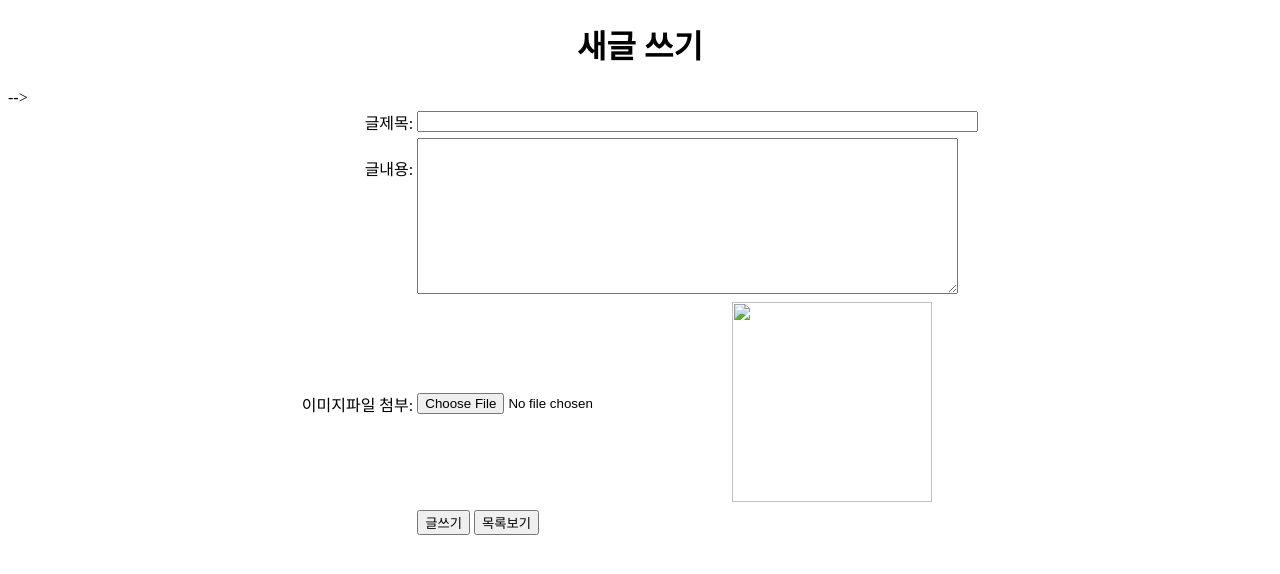
Repository: kimfunn/AI-Platform-
Page: workplace(0518)/13_Shop/WebContent/html/boardWrite.html
These files come from the project's save history. The page is drawn as it stood at one moment and after the next save; the edit follows.
The browser window is 1280 px wide. The pictures show the whole page.

Above is the page before, as saved 2021-06-24 05:49:35.

### workplace(0518)/13_Shop/WebContent/html/boardWrite.html
<!DOCTYPE html>
<html>
<head>
<meta charset="UTF-8">
 <title>새글 쓰기 창</title>
 	<script  src="http://code.jquery.com/jquery-latest.min.js"></script>
	<script type="text/javascript">
	   function readURL(input) {
	      if (input.files && input.files[0]) {
		      var reader = new FileReader();
		      reader.onload = function (e) {
		        $('#preview').attr('src', e.target.result);
	          }
	         reader.readAsDataURL(input.files[0]);
	      }
	  }


	</script>
</head>
<body>
<h1 style="text-align:center">새글 쓰기</h1>
  <form name="articleForm" method="post"   action="../main?sign=addArticle.do"   enctype="application/x-www-form-urlencoded
">
  <input type="hidden" name="sign" value="addArticle.do" > -->
    <table border="0" align="center">
     <tr>
	   <td align="right">글제목: </td>
	   <td colspan="2"><input type="text" size="67"  maxlength="500" name="title" /></td>
	 </tr>
	 <tr>
		<td align="right" valign="top"><br>글내용: </td>
		<td colspan=2><textarea name="content" rows="10" cols="65" maxlength="4000"></textarea> </td>
     </tr>
     <tr>
        <td align="right">이미지파일 첨부:  </td>
        <!--  file이 인풋이 태그는 자동으로 입력하는 버튼이 생김 -->
	     <td> <input type="file" name="imageFileName"  onchange="readURL(this);" /></td>
         <td><img  id="preview" src="#"   width=200 height=200/></td>
	 </tr>
	 <tr>
	    <td align="right"> </td>
	    <td colspan="2">
	       <input type="submit" value="글쓰기" />
	       <input type=button value="목록보기"onClick=" window.history.back()" /> <!-- 클릭하면 전 화면으로 돌아가라 -->
	    </td>
     </tr>
    </table>
  </form>
</body>
</html>

After the next save:
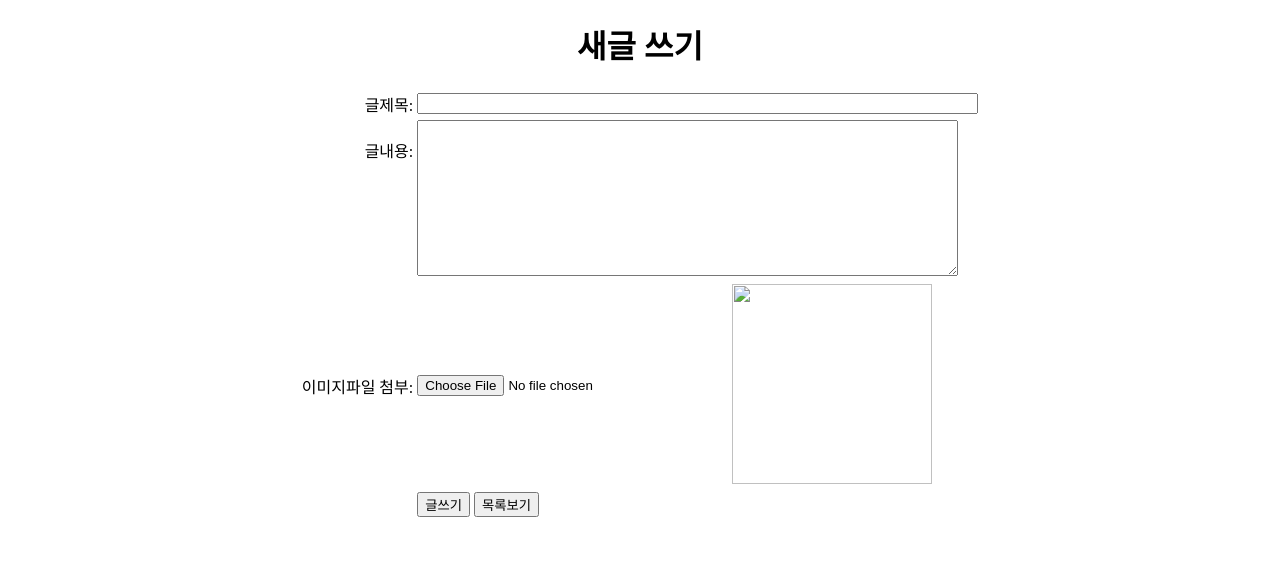
Saved 30 min 1 s later.
--- a/workplace(0518)/13_Shop/WebContent/html/boardWrite.html
+++ b/workplace(0518)/13_Shop/WebContent/html/boardWrite.html
@@ -15,14 +15,13 @@
 	      }
 	  }
 
-
 	</script>
 </head>
 <body>
 <h1 style="text-align:center">새글 쓰기</h1>
-  <form name="articleForm" method="post"   action="../main?sign=addArticle.do"   enctype="application/x-www-form-urlencoded
-">
-  <input type="hidden" name="sign" value="addArticle.do" > -->
+  <form name="articleForm" method="post"   action="../main" enctype="application/x-www-form-urlencoded">
+
+  	<input type="hidden" name="sign" value="addArticle.do" >
     <table border="0" align="center">
      <tr>
 	   <td align="right">글제목: </td>
@@ -34,7 +33,6 @@
      </tr>
      <tr>
         <td align="right">이미지파일 첨부:  </td>
-        <!--  file이 인풋이 태그는 자동으로 입력하는 버튼이 생김 -->
 	     <td> <input type="file" name="imageFileName"  onchange="readURL(this);" /></td>
          <td><img  id="preview" src="#"   width=200 height=200/></td>
 	 </tr>
@@ -42,10 +40,11 @@
 	    <td align="right"> </td>
 	    <td colspan="2">
 	       <input type="submit" value="글쓰기" />
-	       <input type=button value="목록보기"onClick=" window.history.back()" /> <!-- 클릭하면 전 화면으로 돌아가라 -->
+	       <input type=button value="목록보기"onClick="window.history.back()" />
 	    </td>
      </tr>
     </table>
+
   </form>
 </body>
 </html>
